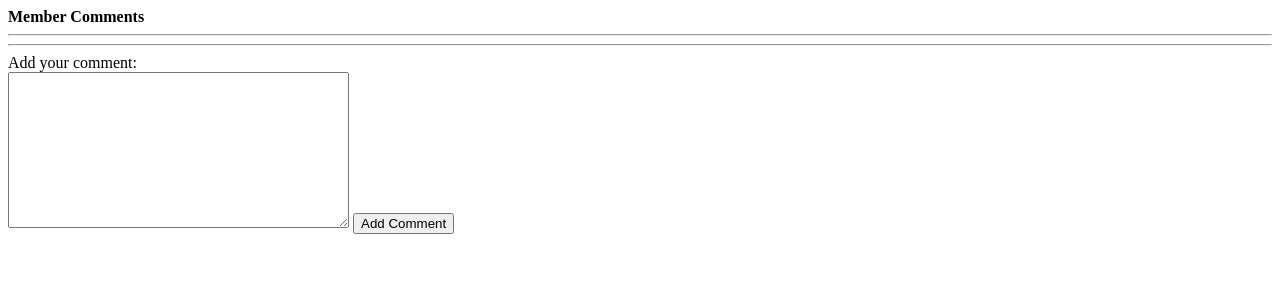
Repository: Freshield/GAEJSP
Page: http://localhost/Chp9.1/TestMovie.do
These files come from the project's save history. The page is drawn as it stood at one moment and after the next save; the edit follows.
The browser window is 1280 px wide. The pictures show the whole page.
The page is served by Tomcat 9.

Above is the page before, as saved 2016-03-30 18:47:04.

After the next save:
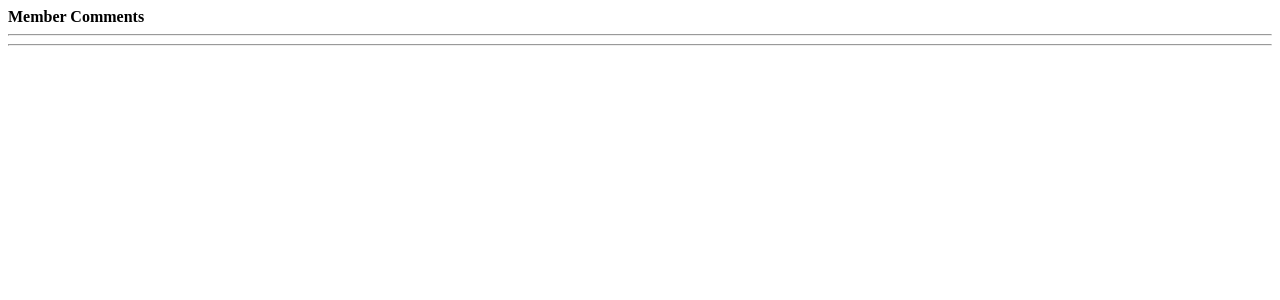
Saved 86 s later.
--- a/real-headfirst/Chp9.1/src/foo/TestMovie.java
+++ b/real-headfirst/Chp9.1/src/foo/TestMovie.java
@@ -29,7 +29,7 @@ public class TestMovie extends HttpServlet {
 		List movieList = new ArrayList();
 		movieList.add(movies1);
 		movieList.add(movies2);
-		request.setAttribute("userType", "member");
+		request.setAttribute("userType", "member1");
 		RequestDispatcher view = request.getRequestDispatcher("tester2.jsp");
 		view.forward(request, response);
 
